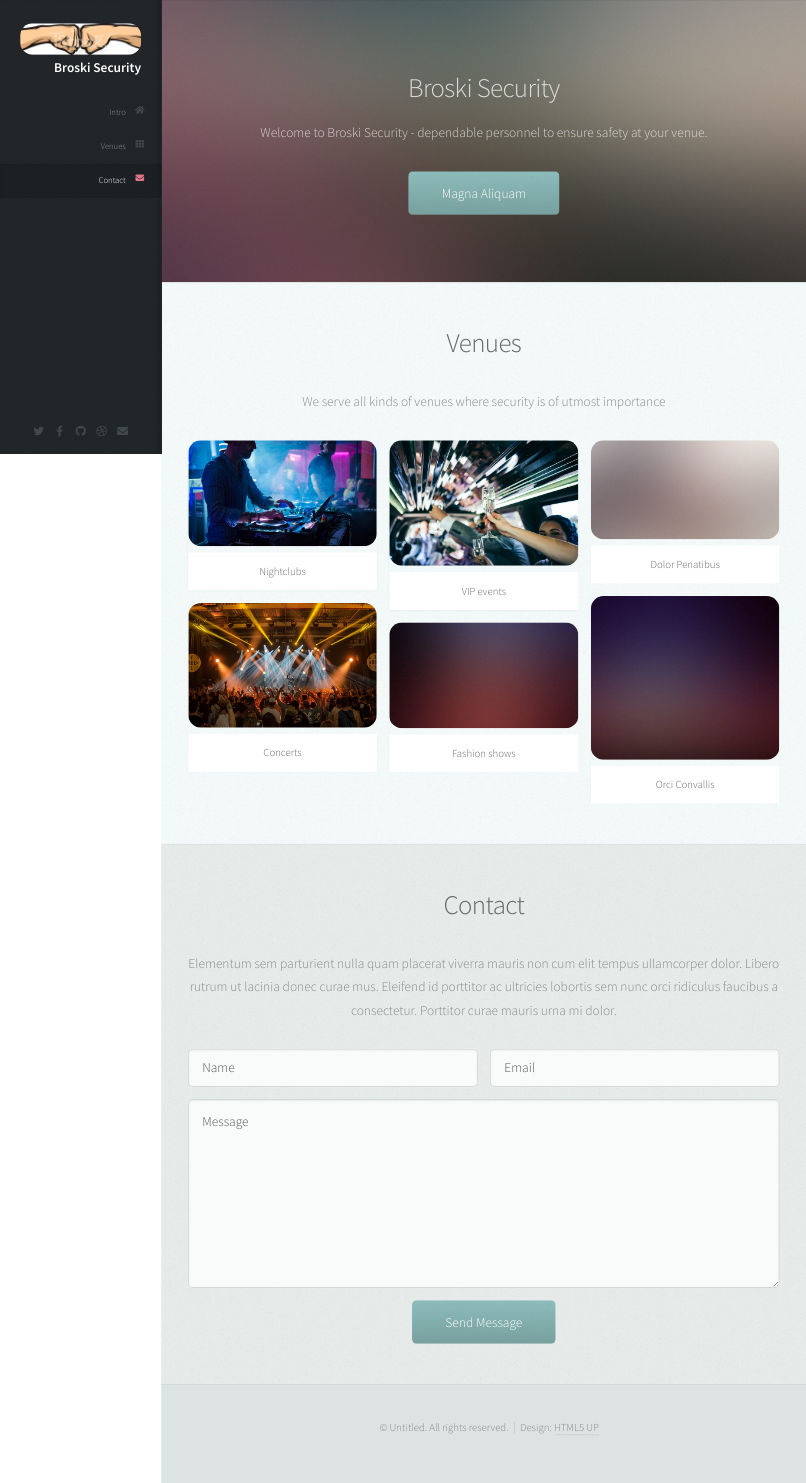
Repository: fiedore/fiedore.github.io
Page: index.html
The author's editor kept a copy of each file at every save. The page is drawn from the files as they stood at one save, then again after the next save.
The browser window is 1280 px wide. The pictures show the whole page, at 63% of full size.

Above is the page before, as saved 2025-06-03 09:19:34.

After the next save:
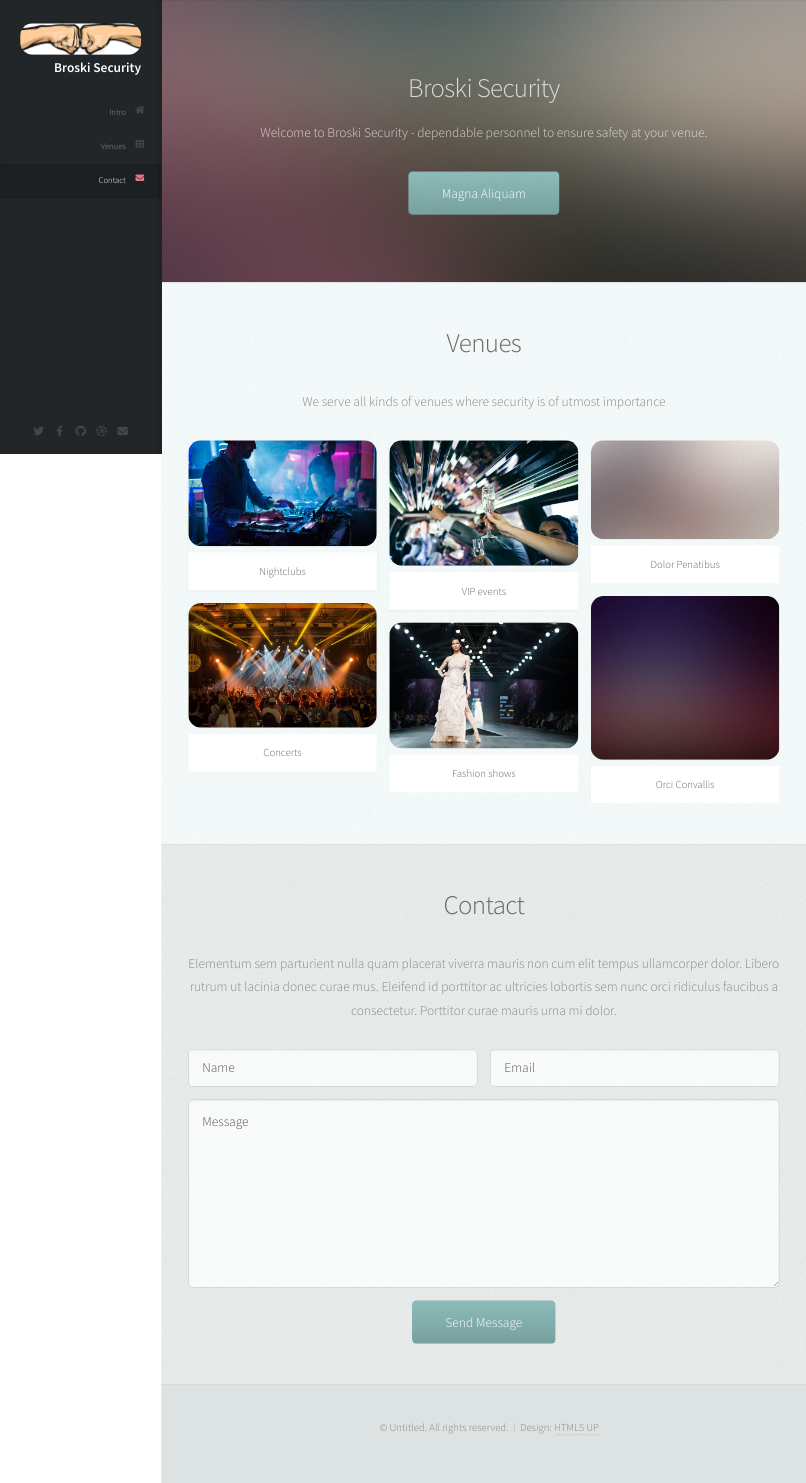
Saved 4 s later.
--- a/index.html
+++ b/index.html
@@ -104,7 +104,7 @@
 										</header>
 									</article>
 									<article class="item">
-										<a href="#" class="image fit"><img src="images/pic05.jpg" alt="" /></a>
+										<a href="#" class="image fit"><img src="images/fashion.jpg" alt="" /></a>
 										<header>
 											<h3>Fashion shows</h3>
 										</header>
